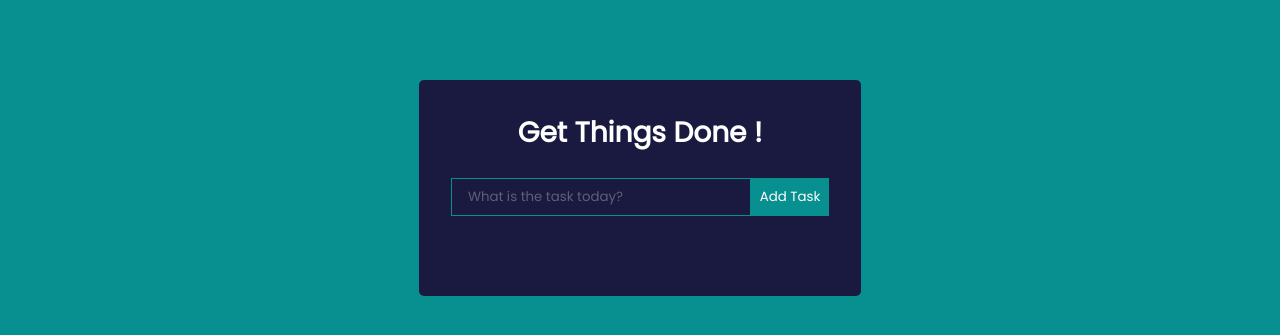
Repository: mfarhannr/Tugas-Reactjs_Farhan
Page: / (app in todolist-app-react-js/)
An editor plug-in stored every save of this project. The page is shown before and after the next save, followed by the edit.
The browser window is 1280 px wide. The pictures show the whole page.
The project was rebuilt for these pictures with package versions that can differ from the ones it lists, and the page was loaded fresh each time. Also part of the build but not shown: todolist-app-react-js/src/components/Todo.js, todolist-app-react-js/src/components/EditTodoForm.js.

Above is the page before, as saved 2024-05-10 14:13:24.

After the next save:
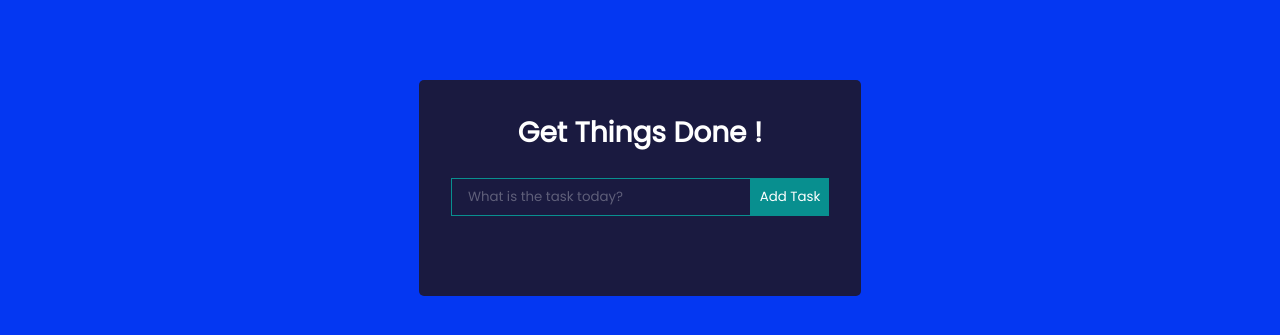
Saved 71 s later.
--- a/todolist-app-react-js/src/App.css
+++ b/todolist-app-react-js/src/App.css
@@ -8,7 +8,7 @@
 }
 
 body {
-  background: #088F8F;
+  background: #0437F2;
   display: flex;
   justify-content: center;
   align-items: center;
